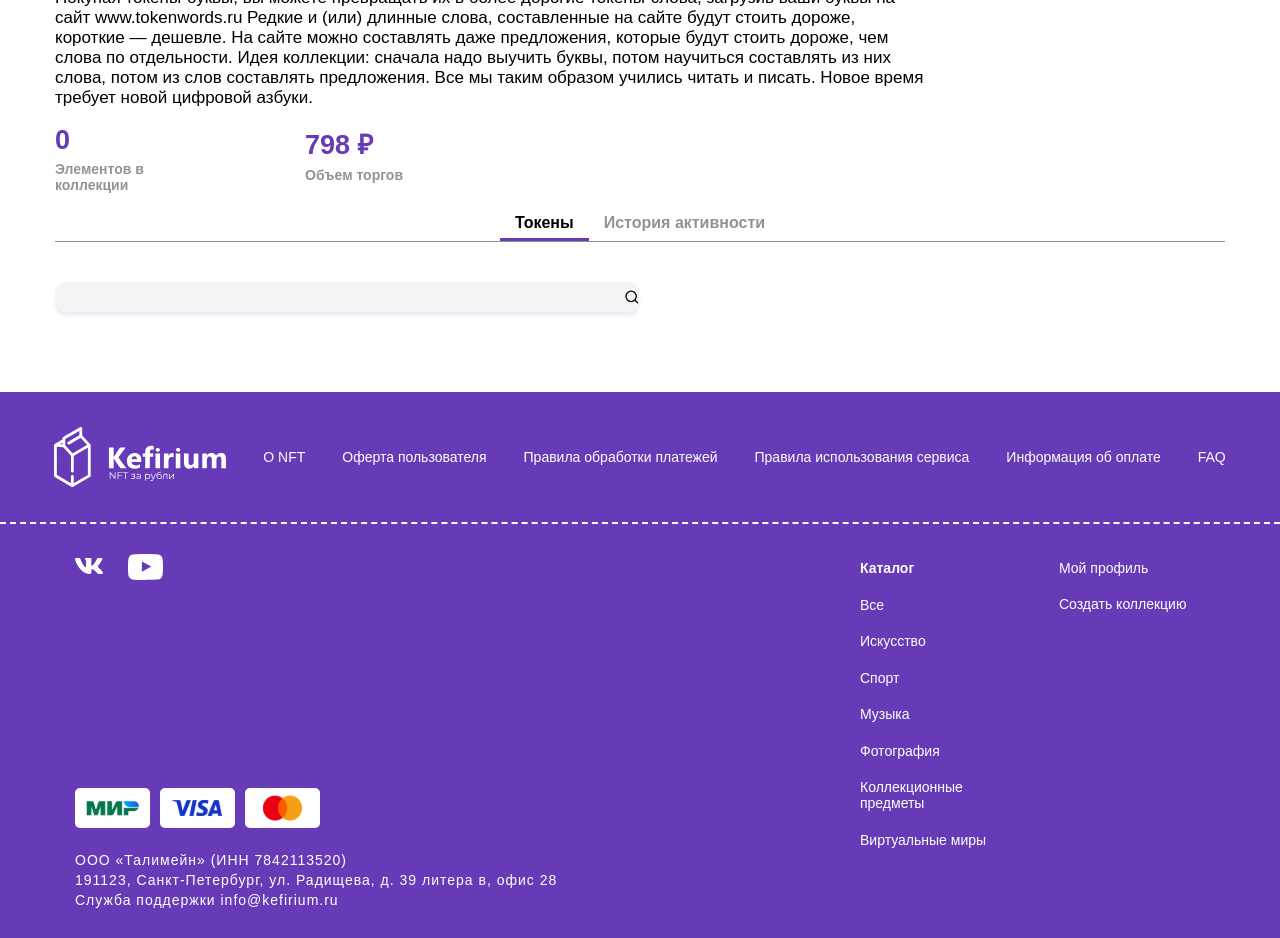
Repository: danchikko/kefirium
Page: /collection
These files come from the project's save history. The page is drawn as it stood at one moment and after the next save; the edit follows.
The browser window is 1280 px wide. The pictures show the part of the page from y = 589 to 1541 px (the page is 1527 px tall before and 1541 px after).
The project was rebuilt for these pictures with package versions that can differ from the ones it lists, and the page was loaded fresh each time. Requests to the local data server were answered from the project's data file. Also part of the build but not shown: src/components/signUp/Navs.js, src/utils/helpers/constants.js, src/components/signUp/FormPhysic.js, src/components/signUp/FormJur.js, src/components/signUp/SignUp.js, src/components/signIn/Form.js, src/components/signIn/SignIn.js, src/components/header/Register.js and 48 more.

Above is the page before, as saved 2022-08-18 16:38:10.

### public/index.html
<!DOCTYPE html>
<html lang="en">
	<head>
		<meta charset="utf-8" />
		<link rel="icon" href="%PUBLIC_URL%/favicon.ico" />
		<meta name="viewport" content="width=device-width, initial-scale=1" />
		<meta name="theme-color" content="#000000" />
		<meta
			name="description"
			content="Web site created using create-react-app"
		/>
		<link rel="apple-touch-icon" href="%PUBLIC_URL%/logo192.png" />
		<link rel="manifest" href="%PUBLIC_URL%/manifest.json" />
		<title>React App</title>
	</head>
	<body>
		<div id="root"></div>
	</body>
</html>

### src/index.js
import React from 'react'
import ReactDOM from 'react-dom/client'
import './index.css'
import App from './App'
import { BrowserRouter } from 'react-router-dom'
import { Provider } from 'react-redux'
import store from './store'

const root = ReactDOM.createRoot(document.getElementById('root'))
root.render(
	<React.StrictMode>
		<BrowserRouter>
			<Provider store={store}>
				<App />
			</Provider>
		</BrowserRouter>
	</React.StrictMode>,
)

### src/index.css
* {
	box-sizing: border-box;
  font-family: 'Barlow', sans-serif;
  font-family: 'Barlow Condensed', sans-serif;
  font-family: 'Bebas Neue', cursive;
  font-family: 'Kanit', sans-serif;
  font-family: 'M PLUS 1 Code', sans-serif;
  font-family: 'Oxygen', sans-serif;
  /* font-family: Situs;
  font-style: italic; */
}

body {
	margin: 0;
}

### src/App.js
import Footer from './components/footer/Footer'
import Header from './components/header/Header'
import { AuthContextProvider } from './context/AuthContext'
import Main from './pages'

function App() {

	return (
		<AuthContextProvider>
			<Header />
			<Main />
			<Footer />
		</AuthContextProvider>
	)
}

export default App

### src/store/index.js
import optionsSlice from "./optionsSlice"
import { configureStore } from "@reduxjs/toolkit"
import postsSlice from "./postsSlice"
import registerSlice from "./registerSlice"
import profileSlice from "./profileSlice"

const store = configureStore({
    reducer: {
        options: optionsSlice,
        posts: postsSlice,
        register: registerSlice,
        profile: profileSlice,
    }
})

export default store

### src/components/footer/Footer.js
import { useDispatch } from 'react-redux'
import styled from 'styled-components'
import {
	closeCategoriesModal,
	closeSupportModal,
} from '../../store/optionsSlice'
import { modalRegisterGlobal } from '../../store/registerSlice'
import FirstBlock from './FirstBlock'
import SecondBlock from './SecondBlock'

const Footer = () => {
	const dispatch = useDispatch()
	return (
		<MainFooter
			onClick={() =>
				dispatch(
					closeCategoriesModal(),
					dispatch(closeSupportModal(), dispatch(modalRegisterGlobal())),
				)
			}
		>
			<FirstBlock />
			<SpecialDiv />
			<SecondBlock />
		</MainFooter>
	)
}

const MainFooter = styled.footer`
	width: 100%;
	background: #673bb7;
`

const SpecialDiv = styled.div`
	width: 100%;
	border-bottom: 2.5px dashed #ffff;
`

export default Footer

### src/context/AuthContext.js
import { createContext, useContext, useEffect, useState } from 'react'
import {
	createUserWithEmailAndPassword,
	signInWithEmailAndPassword,
	signOut,
	onAuthStateChanged,
} from 'firebase/auth'
import { auth } from '../firebase'

const UserContext = createContext()

export const AuthContextProvider = ({ children }) => {
    const [user, setUser] = useState({})
	const createUser = (email, password) => {
		return createUserWithEmailAndPassword(auth, email, password)
	};

    const signIn = (email, password) => {
        return signInWithEmailAndPassword(auth, email, password)
    }

    const logout = () => {
        return signOut(auth)
    }

    useEffect(() => {
        const unsubscribe = onAuthStateChanged(auth, (currentUser) => {
            setUser(currentUser)
        })
        return () => {
            unsubscribe()
        }
    }, [])
	return (
		<UserContext.Provider value={{createUser, user, logout, signIn}}>
			{children}
		</UserContext.Provider>
	)
}

export const UserAuth = () => {
	return useContext(UserContext)
}

### src/pages/index.js
import { useDispatch } from 'react-redux'
import { Route, Routes } from 'react-router-dom'
import CreateNewCollection from '../components/createCollection'
import ProfileSetting from '../components/myProfile/profileSetting'
import ProtectedRoute from '../components/ProtectedRoute'
import AboutNFT from '../components/support/AboutNFT'
import PaymentRules from '../components/support/PaymentRules'
import UserOffer from '../components/support/UserOffer'
import {
	closeCategoriesModal,
	closeSupportModal,
} from '../store/optionsSlice'
import { modalRegisterGlobal } from '../store/registerSlice'
import Categories from './categories/Categories'
import Collections from './collections'
import CollectionToken from './collectionTokens'
import CreateNFT from './createNFT/CreateNFT'
import MainPage from './main-page'
import Profile from './profile'

const Main = () => {
	const dispatch = useDispatch()
	return (
		<div
			onClick={() =>
				dispatch(
					closeCategoriesModal(),
					dispatch(closeSupportModal(), dispatch(modalRegisterGlobal())),
				)
			}
		>
			<Routes>
				<Route path='/' element={<MainPage />} />
				<Route path='/categories' element={<Categories />} />
				<Route path='/createNFT' element={<ProtectedRoute><CreateNFT /></ProtectedRoute>} />
				<Route path='/aboutNFT' element={<AboutNFT />} />
				<Route path='/userOffer' element={<UserOffer />} />
				<Route path='/paymentRules' element={<PaymentRules />} />
				<Route path='/profile/*' element={<ProtectedRoute><Profile /></ProtectedRoute>} />
                <Route path='/profile/settings/*' element={<ProfileSetting />} />
				<Route path='/createCollection' element={<ProtectedRoute><CreateNewCollection /></ProtectedRoute>}/>
				<Route path='/collection/token/*' element={<CollectionToken />} />
				<Route path='/collection/*' element={<Collections />} />
			</Routes>
		</div>
	)
}

export default Main

### src/store/optionsSlice.js
import { createSlice } from '@reduxjs/toolkit'

export const optionsSlice = createSlice({
	name: 'options',
	initialState: {
		sorted: '',
		all: false,
		art: false,
		sport: false,
		music: false,
		photo: false,
		collectibles: false,
		virtualworlds: false,
		categoriesModal: false,
		supportModal: false,
	},
	reducers: {
		sortedPost: (state, action) => {
			state.sorted = action.payload
		},
		modalCategories: (state) => {
			state.categoriesModal = !state.categoriesModal
		},
		closeCategoriesModal: (state, action) => {
			state.categoriesModal = action.payload
		},
		modalSupport: (state) => {
			state.supportModal = !state.supportModal
		},
		closeSupportModal: (state) => {
			state.supportModal = false
		},
		allClick: (state) => {
			state.sorted = 'all'
			state.all = true
			state.art = false
			state.sport = false
			state.music = false
			state.photo = false
			state.collectibles = false
			state.virtualworlds = false
		},
		artClick: (state) => {
			state.sorted = 'art'
			state.all = false
			state.art = true
			state.sport = false
			state.music = false
			state.photo = false
			state.collectibles = false
			state.virtualworlds = false
		},
		sportClick: (state) => {
			state.sorted = 'sport'
			state.all = false
			state.art = false
			state.sport = true
			state.music = false
			state.photo = false
			state.collectibles = false
			state.virtualworlds = false
		},
		musicClick: (state) => {
			state.sorted = 'music'
			state.all = false
			state.art = false
			state.sport = false
			state.music = true
			state.photo = false
			state.collectibles = false
			state.virtualworlds = false
		},
		photoClick: (state) => {
			state.sorted = 'photo'
			state.all = false
			state.art = false
			state.sport = false
			state.music = false
			state.photo = true
			state.collectibles = false
			state.virtualworlds = false
		},
		collectiblesClick: (state) => {
			state.sorted = 'collectibles'
			state.all = false
			state.art = false
			state.sport = false
			state.music = false
			state.photo = false
			state.collectibles = true
			state.virtualworlds = false
		},
		virtualworldsClick: (state) => {
			state.sorted = 'virtualworlds'
			state.all = false
			state.art = false
			state.sport = false
			state.music = false
			state.photo = false
			state.collectibles = false
			state.virtualworlds = true
		}
	},
})

export const {
	sortedPost,
	modalCategories,
	closeCategoriesModal,
	modalSupport,
	closeSupportModal,
	allClick,
	artClick,
	sportClick,
	musicClick,
	photoClick,
	collectiblesClick,
	virtualworldsClick,
} = optionsSlice.actions
export default optionsSlice.reducer

### src/store/postsSlice.js
import { createSlice } from '@reduxjs/toolkit'

const postsSlice = createSlice({
	name: 'posts',
	initialState: {
		id: new Date().toLocaleString(),
		NFTImage: null,
		NFTName: '',
		description: '',
		reference: '',
		content: '',
		price: 0,
		mainImage: null,
		banner: null,
		name: '',
		categories: '',
		collectionDescription: '',
	},
	reducers: {
		createImage: (state, action) => {
			state.NFTImage = action.payload
		},
		createName: (state, action) => {
			state.NFTName = action.payload
		},
		createDescription: (state, action) => {
			state.description = action.payload
		},
		createReference: (state, action) => {
			state.reference = action.payload
		},
		createContent: (state, action) => {
			state.content = action.payload
		},
		createPrice: (state, action) => {
			state.price = action.payload
		},
		createCollectionImage: (state, action) => {
			state.mainImage = action.payload
		},
		createCollectionBanner: (state, action) => {
			state.banner = action.payload
		},
		createCollectionName: (state, action) => {
			state.name = action.payload
		},
		createCollectionCategories: (state, action) => {
			state.categories = action.payload
		},
		createCollectionDescription: (state, action) => {
			state.collectionDescription = action.payload
		},
	},
})

export const {
	createImage,
	createName,
	createDescription,
	createReference,
	createContent,
	createPrice,
	createCollectionImage,
	createCollectionBanner,
	createCollectionName,
	createCollectionCategories,
	createCollectionDescription,
} = postsSlice.actions

export default postsSlice.reducer

### src/store/registerSlice.js
import { createSlice } from '@reduxjs/toolkit'

const registerSlice = createSlice({
	name: 'register',
	initialState: {
		physicFace: true,
		jurFace: false,
		registerModal: false,
		signUpModal: false,
		signInModal: false,
	},
	reducers: {
		clickPhysic: (state) => {
			state.physicFace = true
			state.jurFace = false
		},
		clickJur: (state) => {
			state.physicFace = false
			state.jurFace = true
		},
		modalRegister: (state) => {
			state.registerModal = !state.registerModal
		},
		modalSignUp: (state) => {
			state.signUpModal = !state.signUpModal
		},
		modalSignIn: (state) => {
			state.signInModal = !state.signInModal
		},
		modalRegisterGlobal: (state) => {
			state.registerModal = false
		},
	},
})

export const {
	clickPhysic,
	clickJur,
	onRegister,
	modalRegister,
	modalSignUp,
	modalSignIn,
	modalRegisterGlobal,
} = registerSlice.actions
export default registerSlice.reducer

### src/components/footer/FirstBlock.js
import { Link } from 'react-router-dom'
import styled from 'styled-components'
import logo from '../../aseets/svg/logo.svg'

const FirstBlock = () => {
	return (
		<Container>
			<Logo src={logo} alt='logo' />
			<Links to='/'>О NFT</Links>
			<Links to='/'>Оферта пользователя</Links>
			<Links to='/'>Правила обработки платежей</Links>
			<Links to='/'>Правила использования сервиса</Links>
			<Links to='/'>Информация об оплате</Links>
			<Links to='/'>FAQ</Links>
		</Container>
	)
}

const Container = styled.div`
	max-width: 1270px;
	width: 100%;
	height: 130px;
	display: flex;
	justify-content: center;
	gap: 37px;
	align-items: center;
	margin: 0 auto;
	padding: 0 20px;
`

const Logo = styled.img`
	width: 172px;
	height: 60px;
`

const Links = styled(Link)`
	text-decoration: none;
	color: #ffffff;
	font-size: 14px;
    font-weight: 500;
`

export default FirstBlock

### src/components/header/HeaderCategories.js
import { useDispatch, useSelector } from 'react-redux'
import { Link } from 'react-router-dom'
import styled from 'styled-components'
import { FiChevronRight } from 'react-icons/fi'
import {
	closeCategoriesModal,
	closeSupportModal,
	modalCategories,
	sortedPost,
} from '../../store/optionsSlice'

const HeaderCategories = () => {
	const modal = useSelector((state) => state.options.categoriesModal)
	const dispatch = useDispatch()
	return (
		<div>
			<Topics
				onClick={() =>
					dispatch(modalCategories(), dispatch(closeSupportModal()))
				}
			>
				Категории <NavRight />
			</Topics>
			{modal ? (
				<ListCategories
					onClick={() => dispatch(closeCategoriesModal())}
				>
					<Links
						onClick={() => dispatch(sortedPost('all'))}
						to='/categories'
					>
						Все
					</Links>
					<Links
						onClick={() => dispatch(sortedPost('art'))}
						to='/categories'
					>
						Искусство
					</Links>
					<Links
						onClick={() => dispatch(sortedPost('sport'))}
						to='/categories'
					>
						Спорт
					</Links>
					<Links
						onClick={() => dispatch(sortedPost('music'))}
						to='/categories'
					>
						Музыка
					</Links>
					<Links
						onClick={() => dispatch(sortedPost('photo'))}
						to='/categories'
					>
						Фотография
					</Links>
					<Links
						onClick={() => dispatch(sortedPost('collectibles'))}
						to='/categories'
					>
						Коллекционные предметы
					</Links>
					<Links
						onClick={() => dispatch(sortedPost('virtualworlds'))}
						to='/categories'
					>
						Виртуальные миры
					</Links>
				</ListCategories>
			) : (
				''
			)}
		</div>
	)
}

const Topics = styled.p`
	font-size: 15px;
	color: #8f9499;
	font-weight: 700;
	display: flex;
	align-items: center;
	cursor: pointer;
`

const ListCategories = styled.div`
	width: 170px;
	height: 360px;
	background: #f4f4f4;
	border-radius: 16px;
	box-shadow: 0 4px 3px 0 rgb(103 59 183 / 10%);
	position: absolute;
	top: 75px;
	right: 534px;
	padding: 20px 25px;
	display: flex;
	flex-direction: column;
	justify-content: space-around;
`

const Links = styled(Link)`
	text-decoration: none;
	font-size: 14px;
	color: rgb(103, 59, 183);
	:hover {
		color: #e7246a;
	}
`

const NavRight = styled(FiChevronRight)`
	margin-left: 5px;
	width: 14px;
	height: 14px;
`

export default HeaderCategories

### src/components/header/HeaderSupport.js
import styled from 'styled-components'
import { FiChevronRight } from 'react-icons/fi'
import { useDispatch, useSelector } from 'react-redux'
import { closeCategoriesModal, closeSupportModal, modalSupport } from '../../store/optionsSlice'
import { Link } from 'react-router-dom'

const HeaderSupport = () => {
	const modal = useSelector((state) => state.options.supportModal)
	const dispatch = useDispatch()
	return (
		<div>
			<Topics
				onClick={() =>
					dispatch(modalSupport(), dispatch(closeCategoriesModal()))
				}
			>
				Поддержка <NavRight />
			</Topics>
			{modal ? (
				<ListSupports onClick={() => dispatch(closeSupportModal())}>
					<Links to='/aboutNFT'>O NFT</Links>
					<Links to='/userOffer'>Оферта пользователя</Links>
					<Links to='/paymentRules'>Правила обработки платежей</Links>
					<Links to='/'>Правила использования сервиса</Links>
					<Links to='/'>Информация об оплате</Links>
					<Links to='/'>FAQ</Links>
				</ListSupports>
			) : (
				''
			)}
		</div>
	)
}

const Topics = styled.p`
	font-size: 15px;
	color: #8f9499;
	font-weight: 700;
	display: flex;
	align-items: center;
	cursor: pointer;
`

const NavRight = styled(FiChevronRight)`
	margin-left: 5px;
	width: 14px;
	height: 14px;
`

const ListSupports = styled.div`
	width: 170px;
	height: 360px;
	background: #f4f4f4;
	border-radius: 16px;
	box-shadow: 0 4px 3px 0 rgb(103 59 183 / 10%);
	position: absolute;
	top: 75px;
	right: 400px;
	padding: 20px 25px;
	display: flex;
	flex-direction: column;
	justify-content: space-around;
`

const Links = styled(Link)`
	text-decoration: none;
	font-size: 14px;
	color: rgb(103, 59, 183);
	:hover {
		color: #e7246a;
	}
`

export default HeaderSupport

### src/firebase.js
// Import the functions you need from the SDKs you need
import { initializeApp } from "firebase/app";
import { getAuth } from "firebase/auth";
// TODO: Add SDKs for Firebase products that you want to use
// https://firebase.google.com/docs/web/setup#available-libraries

// Your web app's Firebase configuration
const firebaseConfig = {
  apiKey: "AIzaSyCoinYPQWNOuxgztVvEuZQFqFbmSgboiNI",
  authDomain: "auth-development-718fc.firebaseapp.com",
  projectId: "auth-development-718fc",
  storageBucket: "auth-development-718fc.appspot.com",
  messagingSenderId: "1020950913601",
  appId: "1:1020950913601:web:23a5870412d851a716dcc0"
};

// Initialize Firebase
const app = initializeApp(firebaseConfig);
export const auth = getAuth(app);
export default app

### src/pages/collections/index.js
import { useState } from 'react'
import { Fragment } from 'react'
import { useEffect } from 'react'
import styled from 'styled-components'
import Collection from './Collection'
import CollectionNavbar from './CollectionNavbar'

const Collections = () => {
	const [collection, setCollection] = useState([])

	useEffect(() => {
		fetch('http://localhost:3000/Categories')
			.then((responce) => responce.json())
			.then((data) => setCollection(data.slice(0, 1)))
	}, [])
	return (
		<Container>
			{collection.map((el) => {
				return (
					<Fragment key={el.id}>
						<BackgroundBlock url={el.collectionBanner} />
						<Collection
							image={el.collectionImage}
							title={el.collectionName}
							user={el.nickname}
							description={el.collectionDescription}
						/>
					</Fragment>
				)
			})}
            <CollectionNavbar />
		</Container>
	)
}

const Container = styled.div`
	width: 100%;
	padding-top: 80px;
`

const BackgroundBlock = styled.div`
	width: 100%;
	height: 250px;
	background-image: url(${(props) => props.url});
    margin-bottom: 70px;
`

export default Collections

### src/components/UI/typography/Title.js
import styled from 'styled-components'

const Title = (props) => {
	return <CreateTitle {...props} />
}

const CreateTitle = styled.h2`
	color: ${(props) => props.color || '#ffff'};
	font-size: ${(props) => props.size || '20px'};
	margin: ${(props) => props.margin || '0'};
	font-weight: ${(props) => props.weight || '700'};
`

export default Title

### src/components/UI/position/Flex.js
import styled from "styled-components";

const Flex = (props) => {
    return (
        <CreateFlex {...props} />
    )
}

const CreateFlex = styled.div`
    max-width: ${(props) => props.width || ''};
    width: 100%;
    display: flex;
    flex-direction: ${(props) => props.direction || 'stretch'};
    justify-content: ${(props) => props.justify  || 'stretch'};
    align-items: ${(props) => props.align || 'stretch'};
    height: ${(props) => props.height || ''};
    margin: ${(props) => props.margin || ''};
`

export default Flex;

### src/components/UI/typography/Text.js
import styled from "styled-components";

const Text = (props) => {
    return (
        <CreateText {...props} />
    )
}

const CreateText = styled.p`
    color: ${(props) => props.color || '#ffffff'};
    font-size: ${(props) => props.size || '14px'};
    line-height: ${(props) => props.line || ''};
    font-weight: ${(props) => props.weight || '500'};
`

export default Text;

### src/pages/collections/CollectionNavbar.js
import { useState } from 'react'
import styled from 'styled-components'
import Searching from './Searching'

const CollectionNavbar = () => {
	const [tokens, setTokens] = useState(true)
	const [history, setHistory] = useState(false)

    const tokenHandler = () => {
        setTokens(true)
        setHistory(false)
    }

    const historyHandler = () => {
        setHistory(true)
        setTokens(false)
    }
	return (
		<Container>
			<Navbar>
				{tokens ? (
					<ButtonTrue>Токены</ButtonTrue>
				) : (
					<ButtonFalse onClick={tokenHandler}>Токены</ButtonFalse>
				)}
				{history ? (
					<ButtonTrue>История активности</ButtonTrue>
				) : (
					<ButtonFalse onClick={historyHandler}>История активности</ButtonFalse>
				)}
			</Navbar>
            {tokens ? <Searching /> : <Searching />}
		</Container>
	)
}

const Container = styled.div`
	max-width: 1170px;
	width: 100%;
	margin: 0 auto;
`

const Navbar = styled.div`
	max-width: 1170px;
	width: 100%;
	height: 44px;
	border-bottom: 1px solid #8f9499;
	display: flex;
	justify-content: center;
    margin-bottom: 40px;
`

const ButtonTrue = styled.div`
	border-bottom: 3px solid #673bb7;
	padding: 10px 15px;
	color: #000000;
	cursor: pointer;
	background-color: #ffffff;
	font-weight: 700;
	margin-top: 6px;
`

const ButtonFalse = styled.div`
	padding: 10px 15px;
	color: #8f9499;
	cursor: pointer;
	background-color: #ffffff;
	font-weight: 700;
	margin-top: 6px;
`

export default CollectionNavbar

### src/pages/collections/Searching.js
import styled from "styled-components";
import {FiSearch} from 'react-icons/fi'
import Flex from "../../components/UI/position/Flex";
import Text from "../../components/UI/typography/Text";

const Searching = () => {
    return (
        <Container>
            <Search>
                <SearchInput />
                <FiSearch />
            </Search>
            <Flex>
                <Text></Text>
            </Flex>
        </Container>
    )
}

const Container = styled.div`
    max-width: 1170px;
    width: 100%;
    margin-bottom: 80px;
    display: flex;
    justify-content: space-between;
`

const Search = styled.div`
    max-width: 867px;
    width: 100%;
    display: flex;
    border-radius: 12px;
    box-shadow: 0 4px 3px rgb(103 59 183 / 10%);
    background: #f4f4f4;
    height: 30px;
    align-items: center;
`

const SearchInput = styled.input`
    background-color: #f4f4f4;
    border: none;
    outline: none;
    max-width: 838px;
    width: 100%;
    padding-left: 30px;
`

export default Searching;

Loaded but not shown: db.json (227 lines, source omitted); src/store/profileSlice.js (112 lines, source omitted); src/components/footer/SecondBlock.js (143 lines, source omitted); src/components/header/Header.js (143 lines, source omitted); src/pages/collections/Collection.js (133 lines, source omitted)

After the next save:
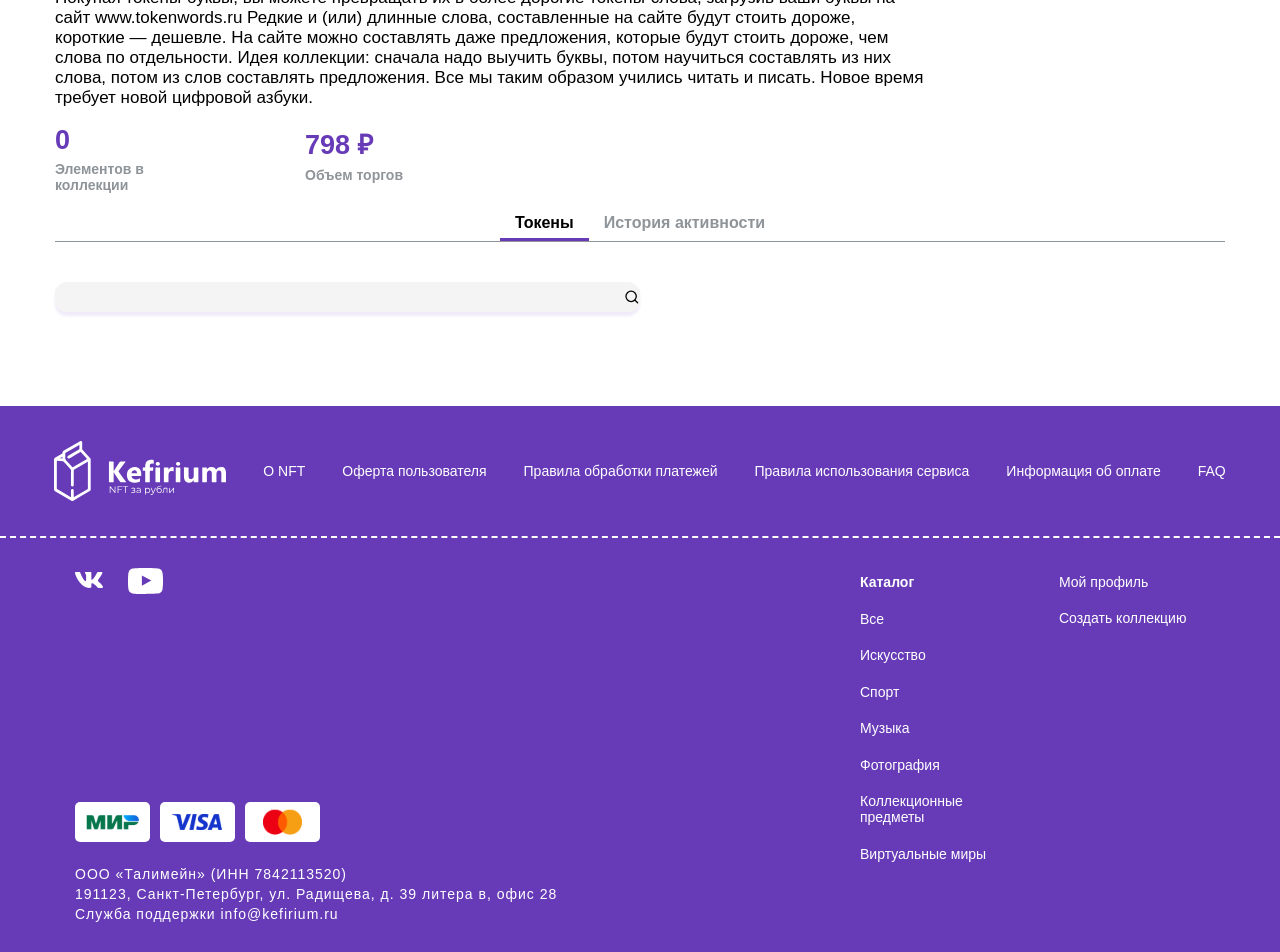
Saved 9 s later.
--- a/src/pages/collections/Searching.js
+++ b/src/pages/collections/Searching.js
@@ -11,7 +11,7 @@ const Searching = () => {
                 <FiSearch />
             </Search>
             <Flex>
-                <Text></Text>
+                <Text>Сортировка</Text>
             </Flex>
         </Container>
     )
